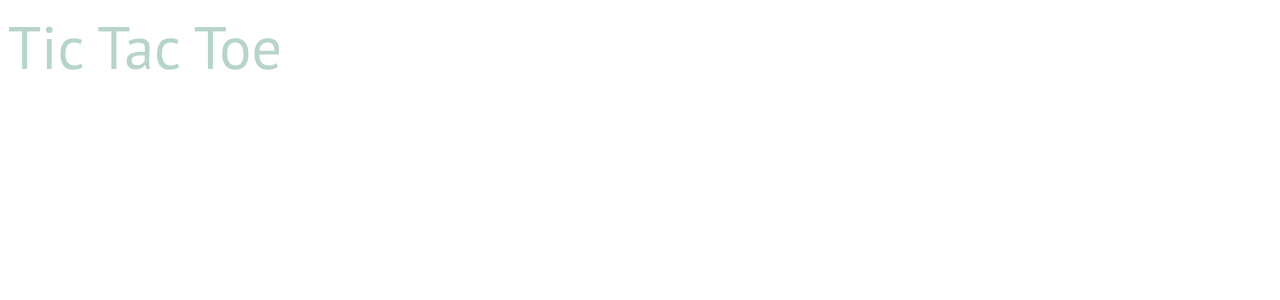
Repository: chin9/TicTacToe
Page: index.html
These files come from the project's save history. The page is drawn as it stood at one moment and after the next save; the edit follows.
The browser window is 1280 px wide. The pictures show the whole page.

Above is the page before, as saved 2021-05-12 13:37:05.

### index.html
<head>
    <link rel='stylesheet' href='style.css'>
</head>

<header>Tic Tac Toe</header>

### style.css
@import url('https://fonts.googleapis.com/css2?family=PT+Sans&display=swap');

header{
    font-family: 'PT Sans', sans-serif;
    font-size: 60px;
    color: rgb(182, 212, 203);
    text-shadow: 5px slateblue;

}

After the next save:
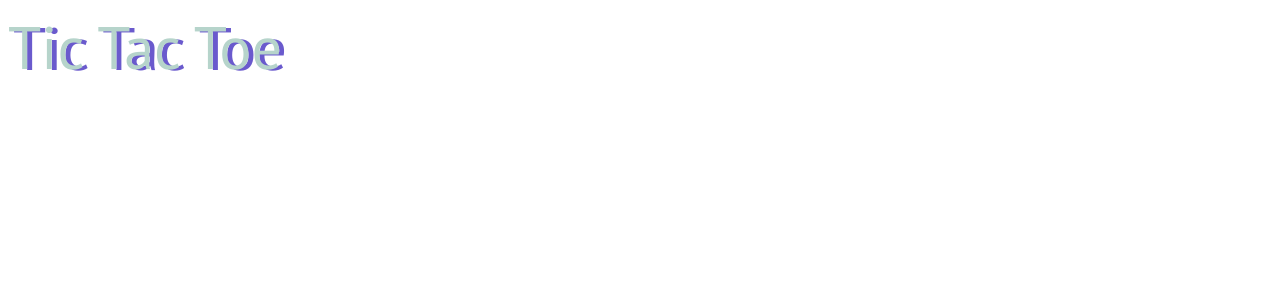
Saved 7 s later.
--- a/style.css
+++ b/style.css
@@ -4,6 +4,6 @@ header{
     font-family: 'PT Sans', sans-serif;
     font-size: 60px;
     color: rgb(182, 212, 203);
-    text-shadow: 5px slateblue;
+    text-shadow: 5px 1px slateblue;
 
 }
